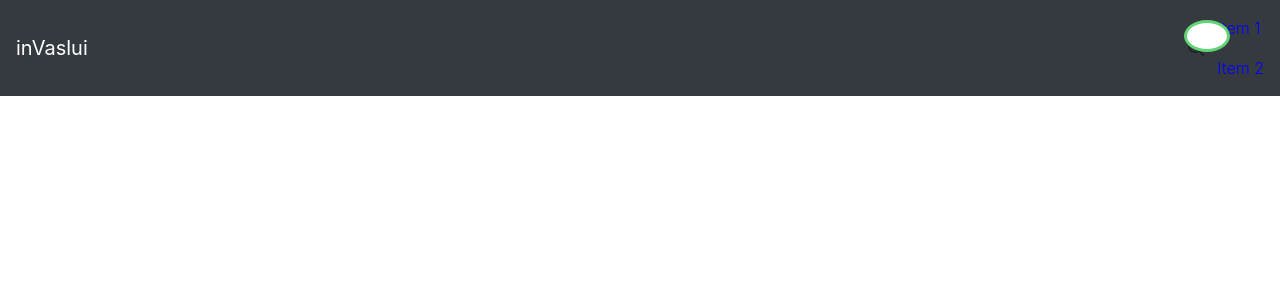
Repository: nicolasolo/in-vaslui
Page: index.html
The author's editor kept a copy of each file at every save. The page is drawn from the files as they stood at one save, then again after the next save.
The browser window is 1280 px wide. The pictures show the whole page.
Some web libraries are served in a nearby version.

Above is the page before, as saved 2020-03-29 21:05:31.

After the next save:
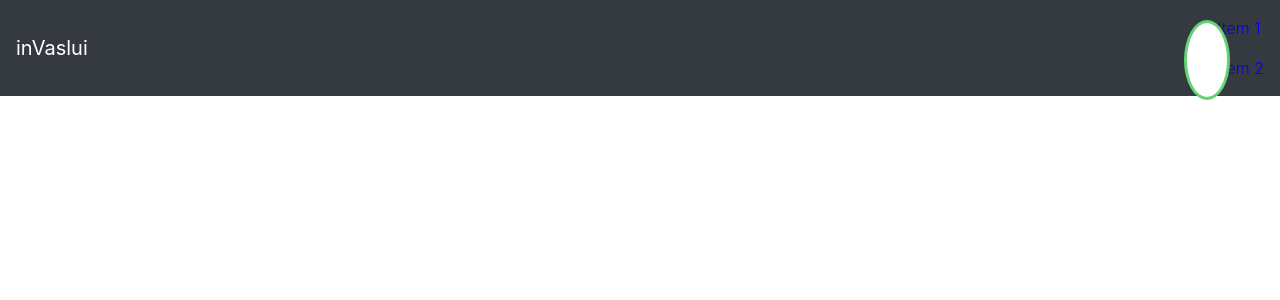
Saved 13 s later.
--- a/css/vaslui.css
+++ b/css/vaslui.css
@@ -17,7 +17,7 @@ a.navbar-brand{
     right: 50px;
     box-sizing: border-box;
     width: 0px;
-    height: 2rem;
+    height: 5rem;
     padding: 0 20px;
     outline: none;
     font-size: 18px;
